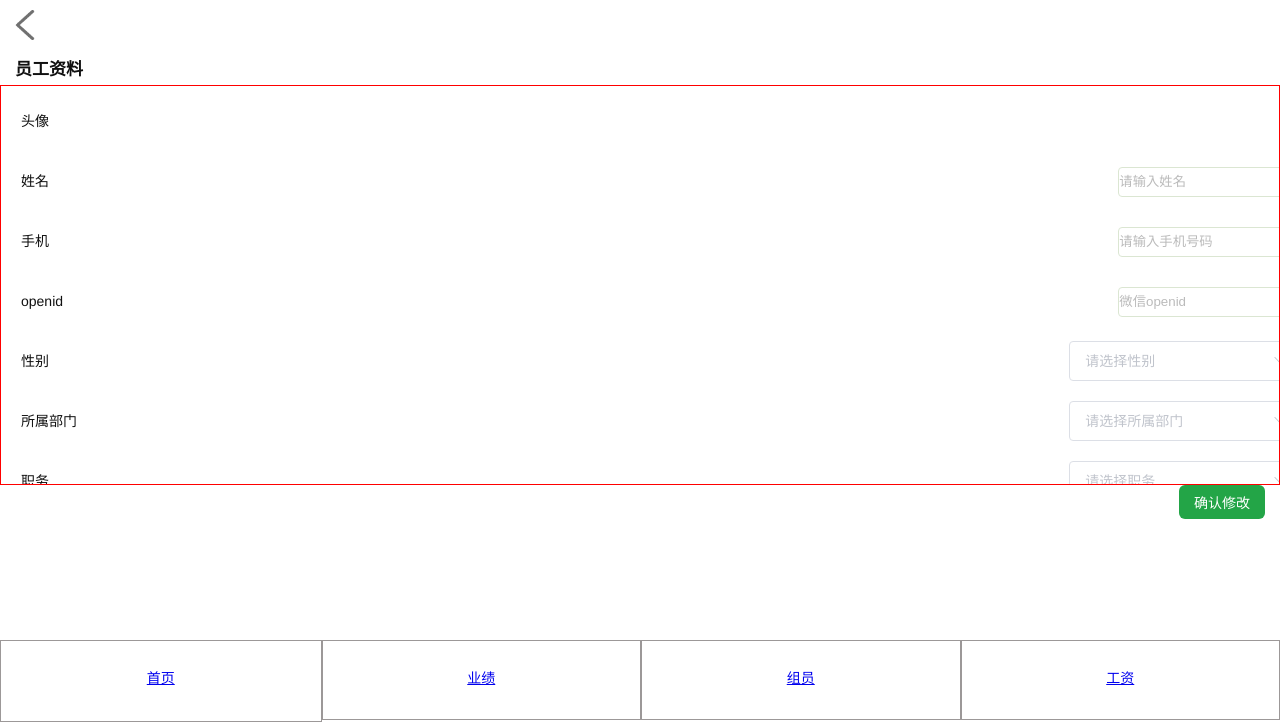
Repository: panlin520-team/lnmj-staffH5
Page: /#/homepage
These files come from the project's save history. The page is drawn as it stood at one moment and after the next save; the edit follows.
The browser window is 1280 px wide. The pictures show the whole page.
An inner scrolling area shows only its first screen. The project was rebuilt for these pictures with package versions that can differ from the ones it lists, and the page was loaded fresh each time. Also part of the build but not shown: src/views/Lojin.vue.

Above is the page before, as saved 2020-04-08 15:30:10.

After the next save:
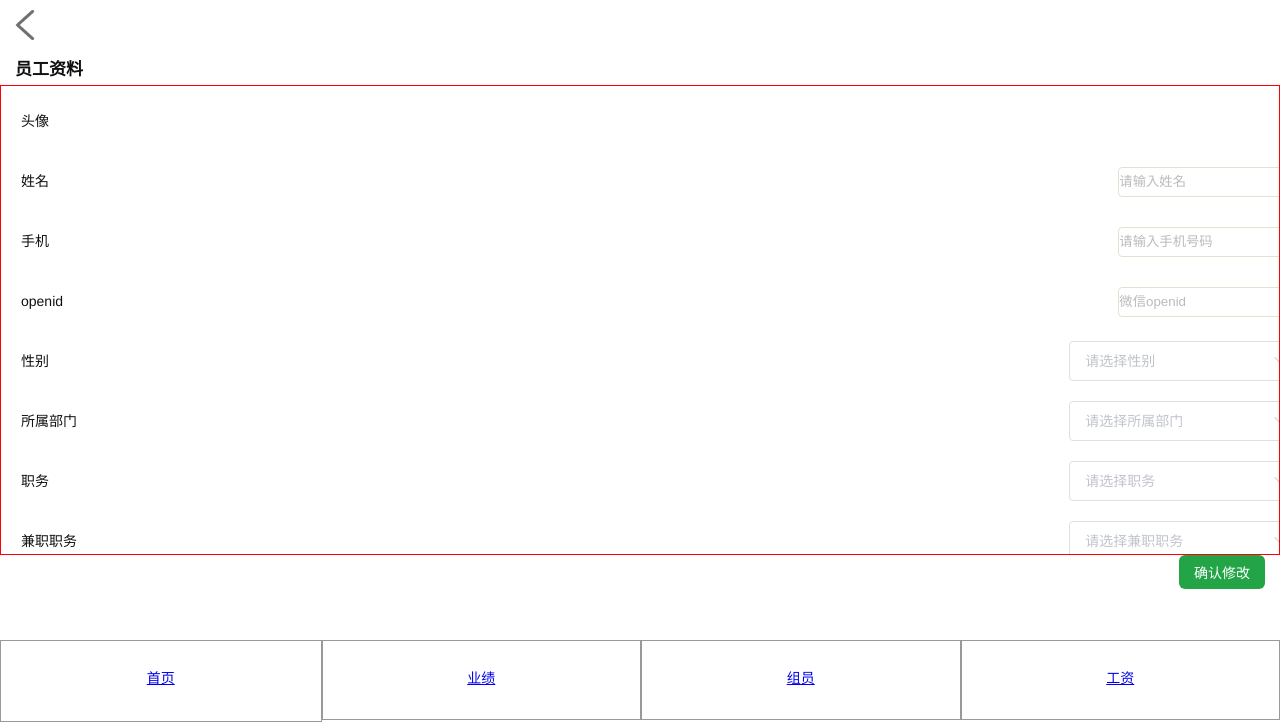
Saved 89 s later.
--- a/src/views/Homepage.vue
+++ b/src/views/Homepage.vue
@@ -320,7 +320,7 @@ export default {
       font-weight: 700;
     }
     .main {
-      max-height: 400px;
+      max-height: 470px;
       border: 1px solid red;
       overflow: auto;
       .items {
